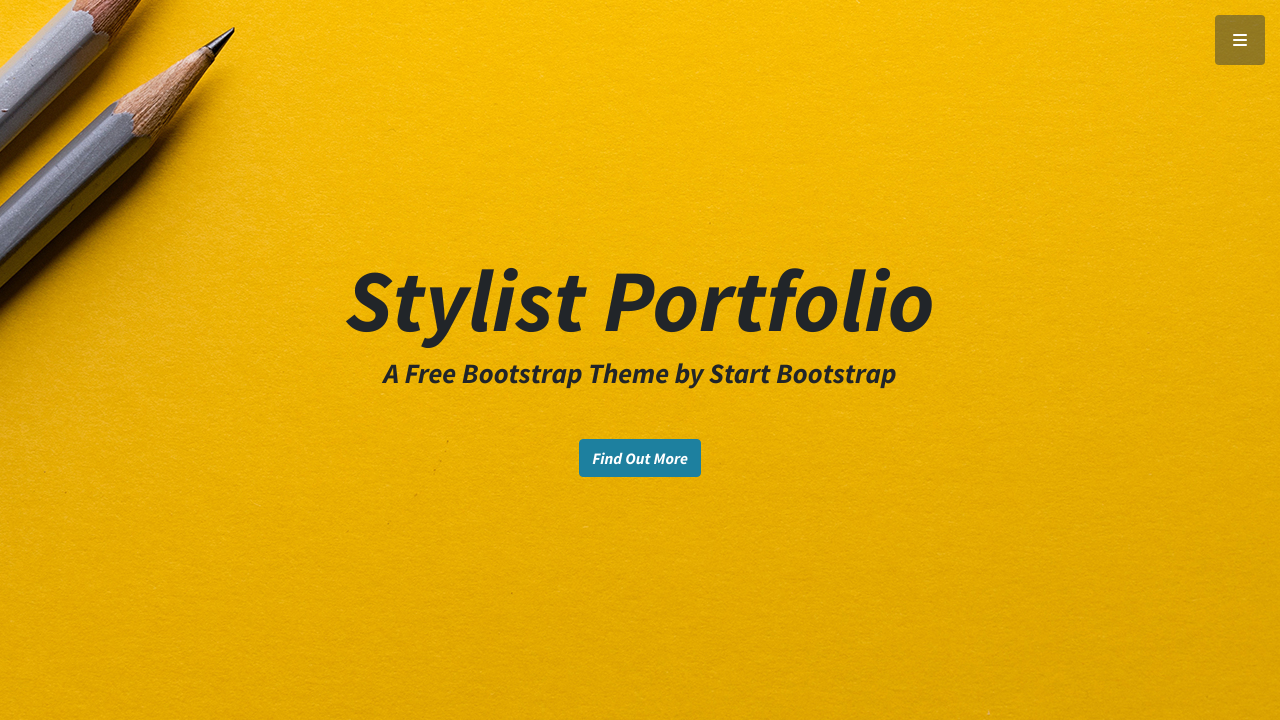
Repository: hoangpino/VE_FE_FrameWork_005
Page: lab06/index.html
An editor plug-in stored every save of this project. The page is shown before and after the next save, followed by the edit.
The browser window is 1280 px wide. The pictures show the whole page.

Above is the page before, as saved 2021-10-02 20:06:18.

After the next save:
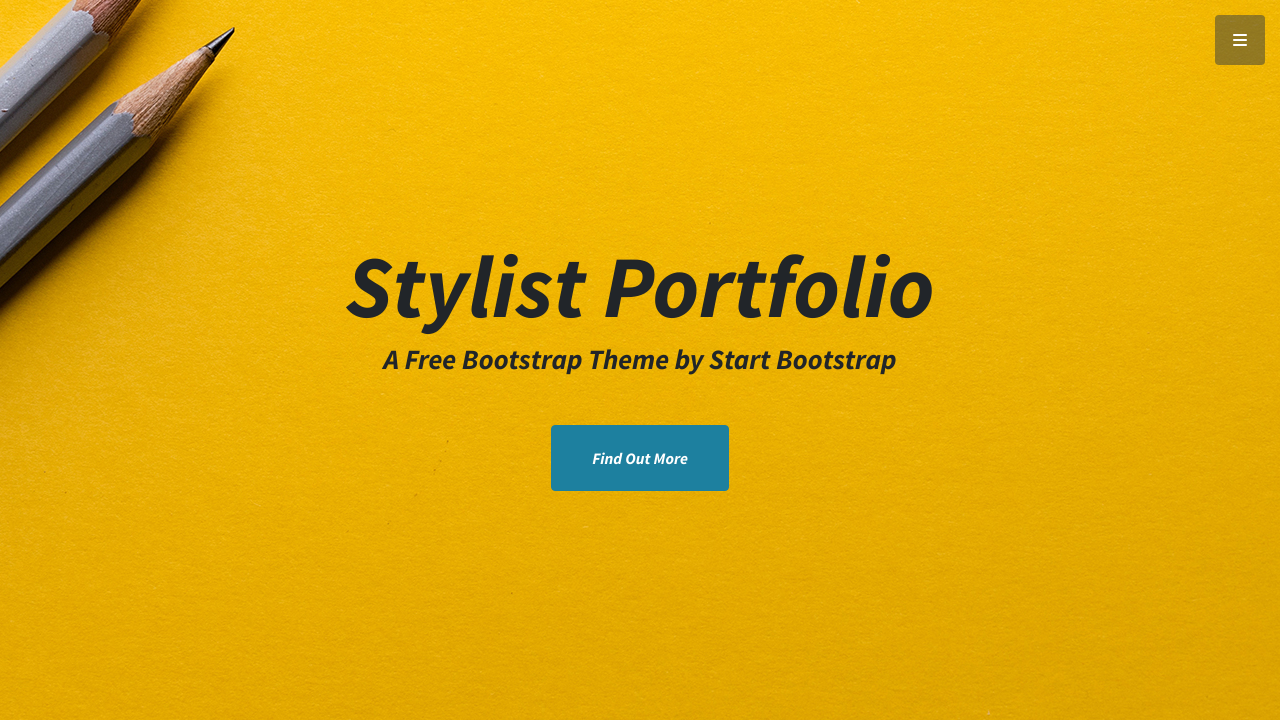
Saved 41 s later.
--- a/lab06/css/style.css
+++ b/lab06/css/style.css
@@ -92,3 +92,7 @@
     background-color: var(--color-green-dark) !important;
     border-color: var(--color-green-dark) !important;
 }
+
+.btn-xl {
+    padding: 1.25em 2.5em !important;
+}
